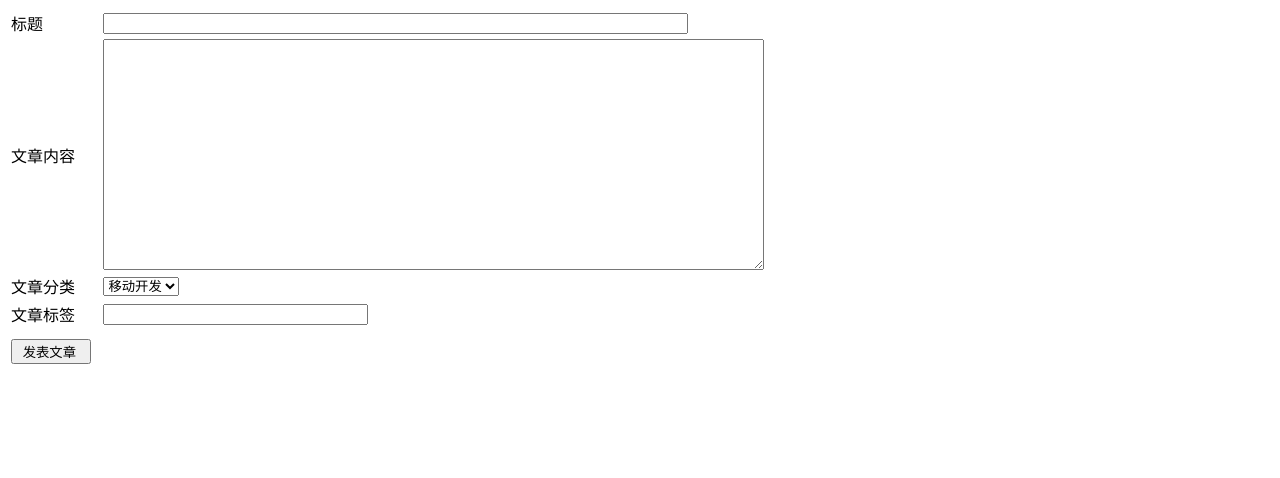
Repository: tangqingyun/java
Page: http://localhost/tamny_blog/postedit.jsp
An editor plug-in stored every save of this project. The page is shown before and after the next save, followed by the edit.
The browser window is 1280 px wide. The pictures show the whole page.
The page is served by Tomcat 9. Nobody is signed in. The application's start-up code is not run.

Above is the page before, as saved 2015-01-21 09:53:21.

After the next save:
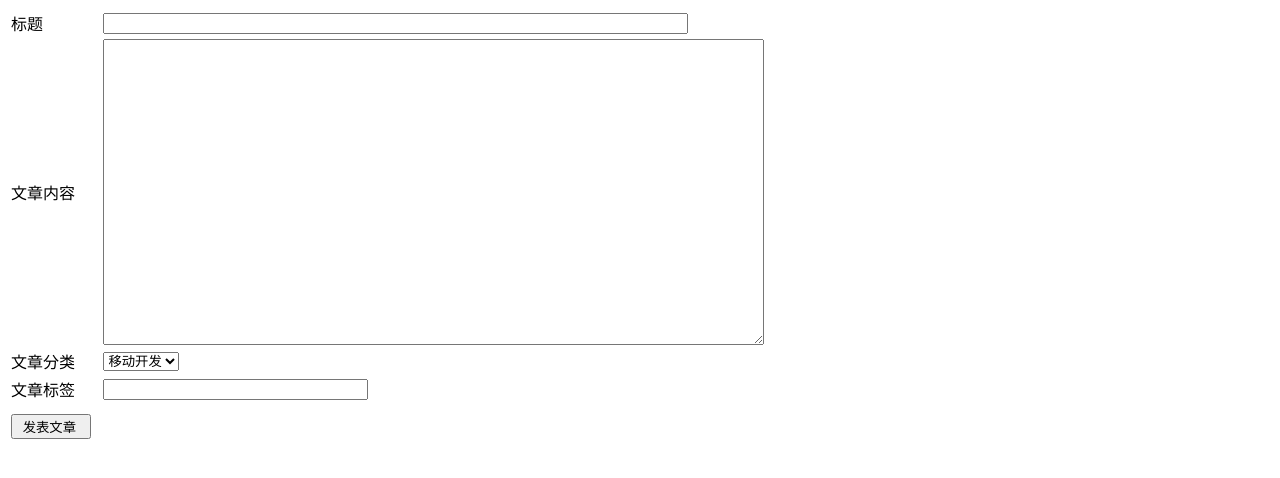
Saved 13 s later.
--- a/tamny_blog/WebContent/postedit.jsp
+++ b/tamny_blog/WebContent/postedit.jsp
@@ -17,7 +17,7 @@
 			</tr>
 			<tr>
 				<td>文章内容</td>
-				<td><textarea name="user.nickname" cols="80" rows="15"></textarea></td>
+				<td><textarea name="user.nickname" cols="80" rows="20"></textarea></td>
 			</tr>
 			<tr>
 				<td>文章分类</td>
